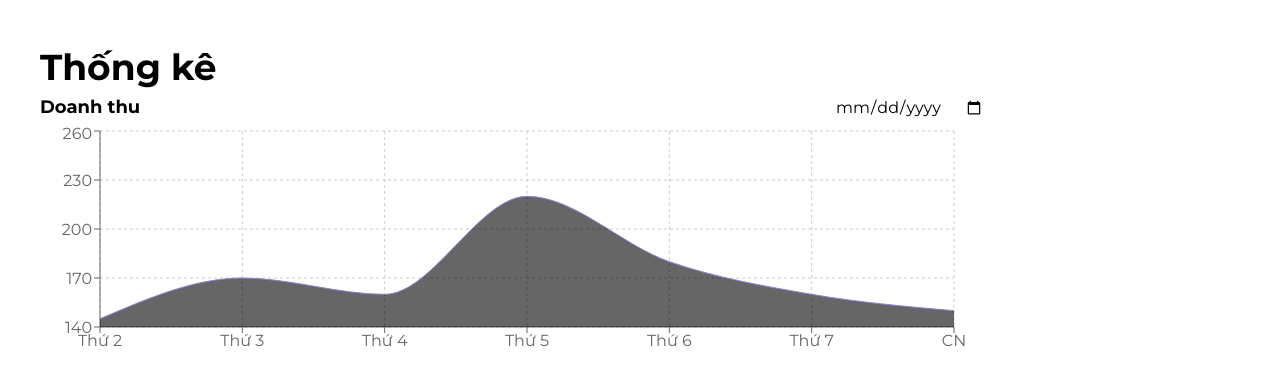
Repository: iphoneboy46/AltaMediaCMS
Page: /
An editor plug-in stored every save of this project. The page is shown before and after the next save, followed by the edit.
The browser window is 1280 px wide. The pictures show the whole page.
Some web libraries are served in a nearby version. The project was rebuilt for these pictures with package versions that can differ from the ones it lists, and the page was loaded fresh each time.

Above is the page before, as saved 2023-03-26 22:25:38.

### public/index.html
<!DOCTYPE html>
<html lang="en">
  <head>
    <meta charset="utf-8" />
    <link rel="icon" href="%PUBLIC_URL%/favicon.ico" />
    <meta name="viewport" content="width=device-width, initial-scale=1" />
    <meta name="theme-color" content="#000000" />
    <meta
      name="description"
      content="Web site created using create-react-app"
    />
    <link rel="apple-touch-icon" href="%PUBLIC_URL%/logo192.png" />
    <!--
      manifest.json provides metadata used when your web app is installed on a
      user's mobile device or desktop. See https://developers.google.com/web/fundamentals/web-app-manifest/
    -->
    <link rel="manifest" href="%PUBLIC_URL%/manifest.json" />
    <!--
      Notice the use of %PUBLIC_URL% in the tags above.
      It will be replaced with the URL of the `public` folder during the build.
      Only files inside the `public` folder can be referenced from the HTML.

      Unlike "/favicon.ico" or "favicon.ico", "%PUBLIC_URL%/favicon.ico" will
      work correctly both with client-side routing and a non-root public URL.
      Learn how to configure a non-root public URL by running `npm run build`.
    -->
    <link rel="stylesheet" href="https://cdnjs.cloudflare.com/ajax/libs/font-awesome/6.3.0/css/all.min.css" integrity="sha512-SzlrxWUlpfuzQ+pcUCosxcglQRNAq/DZjVsC0lE40xsADsfeQoEypE+enwcOiGjk/bSuGGKHEyjSoQ1zVisanQ==" crossorigin="anonymous" referrerpolicy="no-referrer" />
    <title>React App</title>
  </head>
  <body>
    <noscript>You need to enable JavaScript to run this app.</noscript>
    <div id="root"></div>
    <!--
      This HTML file is a template.
      If you open it directly in the browser, you will see an empty page.

      You can add webfonts, meta tags, or analytics to this file.
      The build step will place the bundled scripts into the <body> tag.

      To begin the development, run `npm start` or `yarn start`.
      To create a production bundle, use `npm run build` or `yarn build`.
    -->
  </body>
</html>

### src/App.tsx

import './App.css';
import Home from './components/Home/Home';
import MenuBar from './components/Menu/MenuBar';

function App() {
  return (
    <div className="App">
      {/* <MenuBar /> */}
      <Home />
    </div>
  );
}

export default App;

### src/App.css
@import url('https://fonts.googleapis.com/css2?family=Montserrat:wght@300;400;500;700&display=swap');

*{
  margin: 0;
  padding: 0;
  box-sizing: border-box;
  font-family: 'Montserrat', sans-serif;
}

### src/components/Home/Home.tsx
import React from 'react'
import Charts from '../Charts/Charts'

function Home() {
  return (
    <div className="w-[80%] bg-[white] p-10">
        <div className="">
            <h1 className="text-[black] text-[36px] font-[700]">Thống kê</h1>
        </div>
        <div className="flex items-center justify-between">
           <div> <h2 className="text-[black] text-[18px] font-[600]">Doanh thu</h2></div>
           <div>
             <input className="" type="date" value="" />
           </div>
        </div>
        <Charts />
    </div>
  )
}

export default Home

### src/components/Charts/Charts.tsx
import React from "react";
import {
  AreaChart,
  Area,
  XAxis,
  YAxis,
  CartesianGrid,
  Tooltip,
  ResponsiveContainer,
} from "recharts";
function Charts() {
  const data = [
    {

      name: "Thứ 2",

      uv: 145,

    },
    {
      name: "Thứ 3",
      uv: 170,

    },
    {
      name: "Thứ 4",
      uv: 160,

    },
    {
      name: "Thứ 5",
      uv: 220,

    },
    {
      name: "Thứ 6",
      uv: 180,

    },
    {
      name: "Thứ 7",
      uv: 160,

    },
    {
      name: "CN",
      uv: 150,

    },
  ];

  return (
    <div className="w-[100%] h-[100%] ">
      <ResponsiveContainer width="100%" aspect={4}>
        <AreaChart
          width={500}
          height={400}
          data={data}
          margin={{
            top: 10,
            right: 30,
            left: 0,
            bottom: 0,
          }}
        >
          <CartesianGrid strokeDasharray="3 3" />
          <XAxis   dataKey="name" />
          <YAxis dataKey="label" type="number" domain={[140,260]}  allowDataOverflow={true} />
          <Tooltip />
          <Area
            type="monotone"
            dataKey="uv"
            stackId="1"
            stroke="#8884d8"
            fill="#000"
          />
        </AreaChart>
      </ResponsiveContainer>
    </div>
  );
}

export default Charts;

### tailwind.config.js

module.exports = {
  content: [
    "./src/**/*.{js,jsx,ts,tsx}",
    ],
  theme: {
    extend: {},
    colors:{
        'yellowMain':"#FFB800",
         'background' :"#E5E5E5"

    }
  },
  plugins: [],
}

Loaded but not shown: src/index.tsx (common file); src/index.css (common file); src/reportWebVitals.ts (common file)

After the next save:
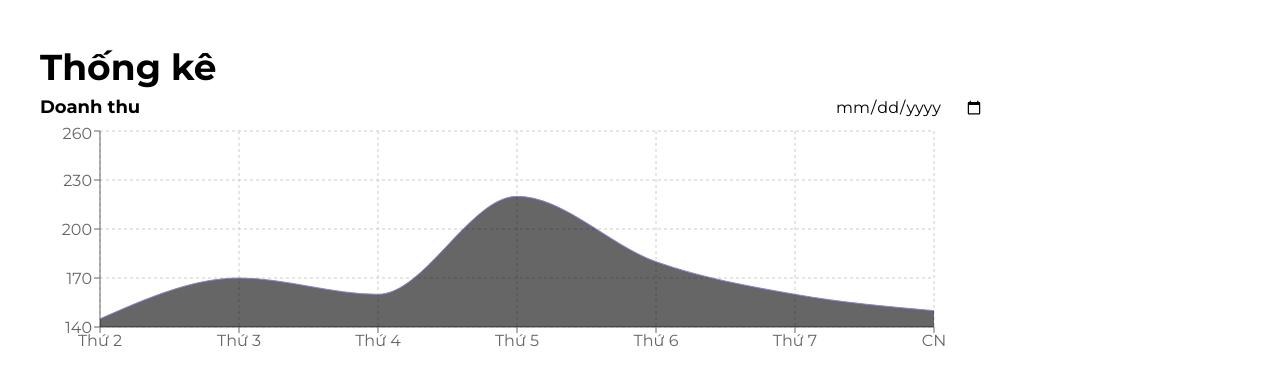
Saved 14 s later.
--- a/src/components/Charts/Charts.tsx
+++ b/src/components/Charts/Charts.tsx
@@ -58,7 +58,7 @@ function Charts() {
           data={data}
           margin={{
             top: 10,
-            right: 30,
+            right: 50,
             left: 0,
             bottom: 0,
           }}
